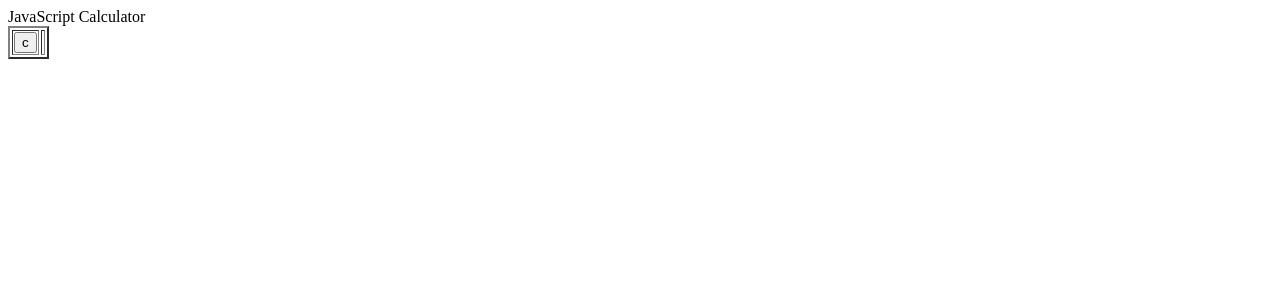
Repository: spidero7/Simple-Calculator
Page: index.html
These files come from the project's save history. The page is drawn as it stood at one moment and after a run of saves; the edit follows.
The browser window is 1280 px wide. The pictures show the whole page.

Above is the page before, as saved 2021-09-15 06:40:48.

### index.html
<!DOCTYPE html>
<html lang="en">
<head>
    <meta charset="UTF-8">
    <meta http-equiv="X-UA-Compatible" content="IE=edge">
    <meta name="viewport" content="width=device-width, initial-scale=1.0">
    <title>Calculator</title>
    <link rel="stylesheet" href="style.css">
</head>
<body>
    <div class="title">JavaScript Calculator</div>
    <table border="2">
        <tr>
            <td><input type="button" value="c" onclick="clr()"/></td>
            <td></td>
        </tr>
    </table>
    <script src="app.js"></script>
</body>
</html>

Loaded but not shown: app.js (no copy from this time; the picture is the same without it); style.css (no copy from this time; the picture is the same without it)

After the next 3 saves:
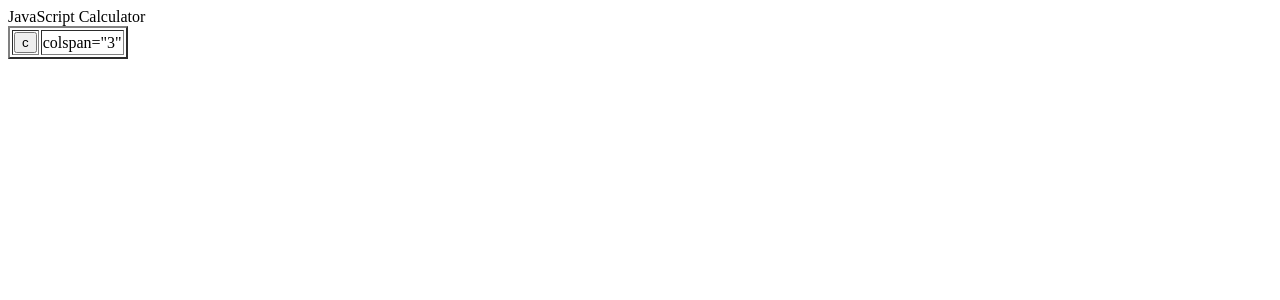
The 3 saves are shown as one change because they came seconds apart.
The last was saved 19 s later.
--- a/index.html
+++ b/index.html
@@ -12,7 +12,7 @@
     <table border="2">
         <tr>
             <td><input type="button" value="c" onclick="clr()"/></td>
-            <td></td>
+            <td> colspan="3"</td>
         </tr>
     </table>
     <script src="app.js"></script>

After the 2 saves that followed:
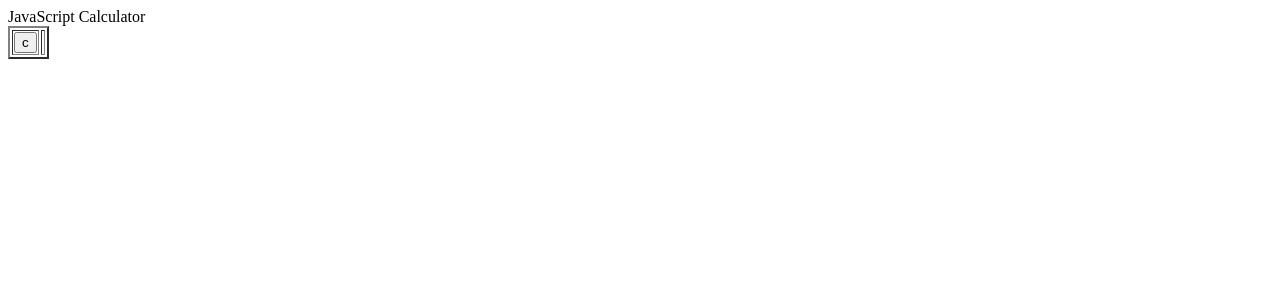
The 2 saves are shown as one change because they came seconds apart.
The last was saved 9 s later.
--- a/index.html
+++ b/index.html
@@ -12,7 +12,7 @@
     <table border="2">
         <tr>
             <td><input type="button" value="c" onclick="clr()"/></td>
-            <td> colspan="3"</td>
+            <td colspan="3"></td>
         </tr>
     </table>
     <script src="app.js"></script>
